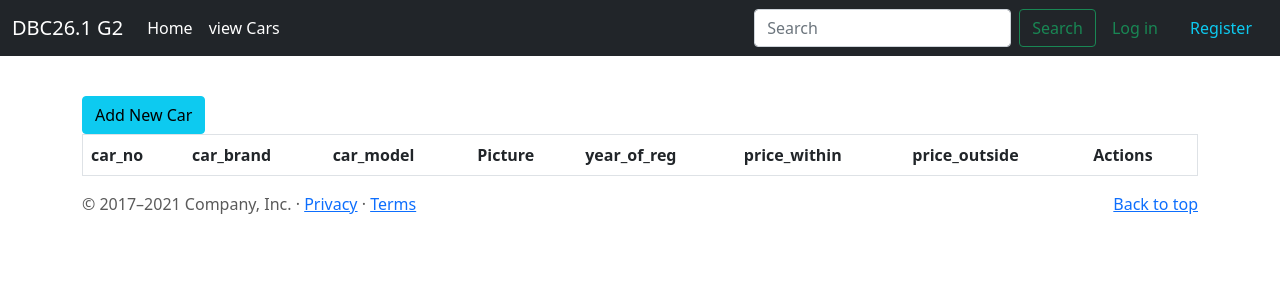
Repository: Cwills21/Aiti-dbc26.1-group-2
Page: http://localhost/cars
The author's editor kept a copy of each file at every save. The page is drawn from the files as they stood at one save, then again after the next save.
The browser window is 1280 px wide. The pictures show the whole page.
The page is served by the project's Laravel application, run on PHP 8.4 with Laravel 8. Queries for data that is not in the repository find no rows.

Above is the page before, as saved 2022-03-09 23:58:09.

After the next save:
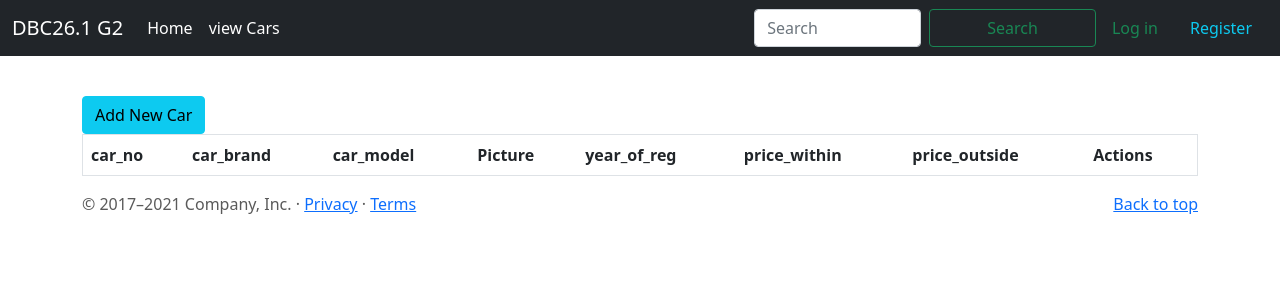
Saved 48 s later.
--- a/resources/views/layout/master.blade.php
+++ b/resources/views/layout/master.blade.php
@@ -86,7 +86,7 @@
         </ul>
         <form class="d-flex">
           <input class="form-control me-2" type="search" placeholder="Search" aria-label="Search">
-          <button class="btn btn-outline-success" type="submit">Search</button>
+          <button class="btn btn-outline-success form-control" type="submit">Search</button>
         </form>
         @if (Route::has('login'))
                         @auth
@@ -95,7 +95,7 @@
                                     <x-responsive-nav-link :href="route('logout')"
                                             onclick="event.preventDefault();
                                                         this.closest('form').submit();">
-                                        <button class="nav-item btn btn-danger btn-xs form-control">Log Out</button>
+                                        <button class="nav-item btn btn-danger btn-xs">Log Out</button>
                                     </x-responsive-nav-link>
                         </form>
                         @else

After the save that followed:
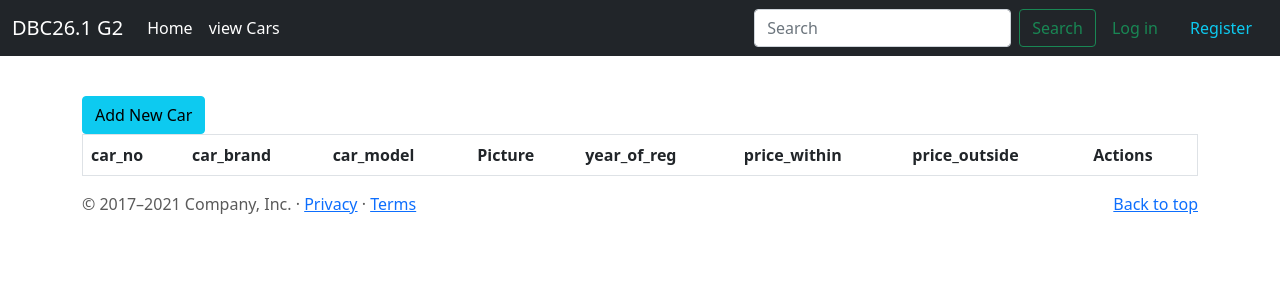
Saved 44 s later.
--- a/resources/views/layout/master.blade.php
+++ b/resources/views/layout/master.blade.php
@@ -86,7 +86,7 @@
         </ul>
         <form class="d-flex">
           <input class="form-control me-2" type="search" placeholder="Search" aria-label="Search">
-          <button class="btn btn-outline-success form-control" type="submit">Search</button>
+          <button class="btn btn-outline-success" type="submit">Search</button>
         </form>
         @if (Route::has('login'))
                         @auth
@@ -95,7 +95,7 @@
                                     <x-responsive-nav-link :href="route('logout')"
                                             onclick="event.preventDefault();
                                                         this.closest('form').submit();">
-                                        <button class="nav-item btn btn-danger btn-xs">Log Out</button>
+                                        <button class="nav-item btn btn btn-outline-danger btn-xs">Log Out</button>
                                     </x-responsive-nav-link>
                         </form>
                         @else
